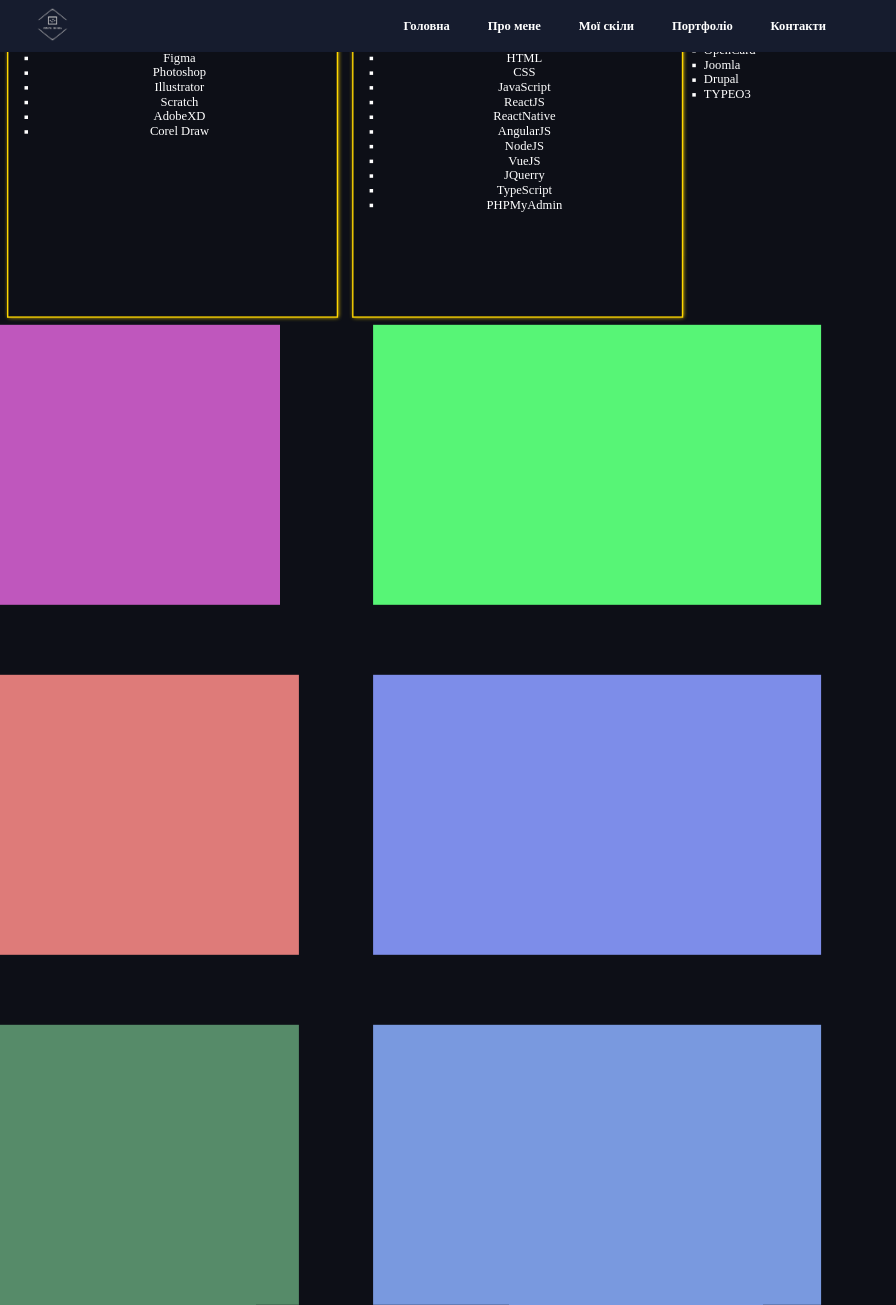
Repository: qtqqrdy13/cv-2
Page: index.html
These files come from the project's save history. The page is drawn as it stood at one moment and after the next save; the edit follows.
The browser window is 1280 px wide. The pictures show the whole page, at 70% of full size.

Above is the page before, as saved 2023-10-09 11:07:22.

After the next save:
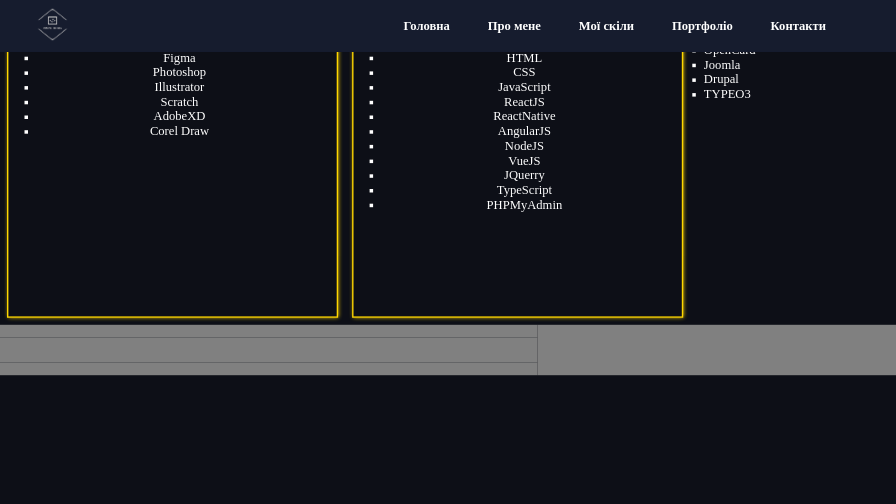
Saved 14 min 41 s later.
--- a/main.css
+++ b/main.css
@@ -312,8 +312,8 @@ h2:hover{
 .angry-grid {
     display: grid;
 
-    grid-template-rows: 1fr 1fr 1fr 1fr 1fr 1fr 1fr 1fr 1fr 1fr 1fr 1fr 1fr 1fr;
-    grid-template-columns: 1fr 1fr 1fr 1fr 1fr 1fr 1fr 1fr 1fr 1fr 1fr 1fr;
+    grid-template-rows: 1fr 1fr 1fr 1fr 1fr 1fr 1fr 1fr 1fr;
+    grid-template-columns: 1fr 1fr 1fr 1fr 1fr;
 
     gap: 0px;
     height: 100%;
@@ -322,62 +322,60 @@ h2:hover{
 
  #item-0 {
 
-    background-color: #BF57BD;
+    background-color: grey;
     grid-row-start: 1;
     grid-column-start: 1;
 
+    grid-row-end: 3;
+    grid-column-end: 4;
+
+ }
+ #item-1 {
+
+    background-color: grey;
+    grid-row-start: 1;
+    grid-column-start: 4;
+
     grid-row-end: 5;
-    grid-column-end: 5;
-    width: 400px;
-    height: 400px;
-
- }
- #item-1 {
-
-    background-color: #57F576;
-    grid-row-start: 1;
-    grid-column-start: 6;
+    grid-column-end: 6;
+
+ }
+ #item-2 {
+
+    background-color: grey;
+    grid-row-start: 3;
+    grid-column-start: 1;
 
     grid-row-end: 5;
-    grid-column-end: 12;
-
- }
- #item-2 {
-
-    background-color: #DE7B79;
-    grid-row-start: 6;
+    grid-column-end: 4;
+
+ }
+ #item-3 {
+
+    background-color: grey;
+    grid-row-start: 5;
     grid-column-start: 1;
 
-    grid-row-end: 10;
-    grid-column-end: 5;
-
- }
- #item-3 {
-
-    background-color: #7D8DE9;
-    grid-row-start: 6;
-    grid-column-start: 6;
-
-    grid-row-end: 10;
-    grid-column-end: 12;
+    grid-row-end: 7;
+    grid-column-end: 4;
 
  }
  #item-4 {
 
-    background-color: #568B69;
-    grid-row-start: 11;
+    background-color: grey;
+    grid-row-start: 7;
     grid-column-start: 1;
 
-    grid-row-end: 15;
-    grid-column-end: 5;
+    grid-row-end: 9;
+    grid-column-end: 4;
 
  }
  #item-5 {
 
-    background-color: #7999DF;
-    grid-row-start: 11;
-    grid-column-start: 6;
-
-    grid-row-end: 15;
-    grid-column-end: 12;
- }
+    background-color: grey;
+    grid-row-start: 5;
+    grid-column-start: 4;
+
+    grid-row-end: 9;
+    grid-column-end: 6;
+ }
